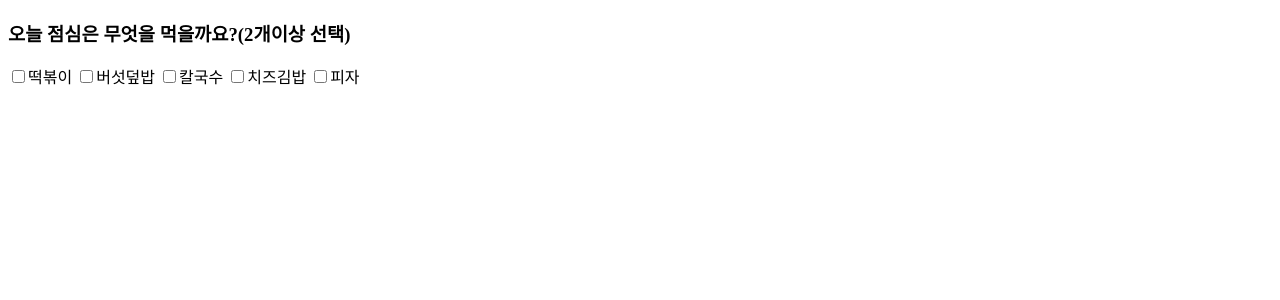
Repository: yuntaekOhO/SY_Academy_Study
Page: workspace_jsp/ch02-Servlet/src/main/webapp/views/lunch.html
An editor plug-in stored every save of this project. The page is shown before and after the next save, followed by the edit.
The browser window is 1280 px wide. The pictures show the whole page.

Above is the page before, as saved 2022-06-23 06:48:18.

After the next save:
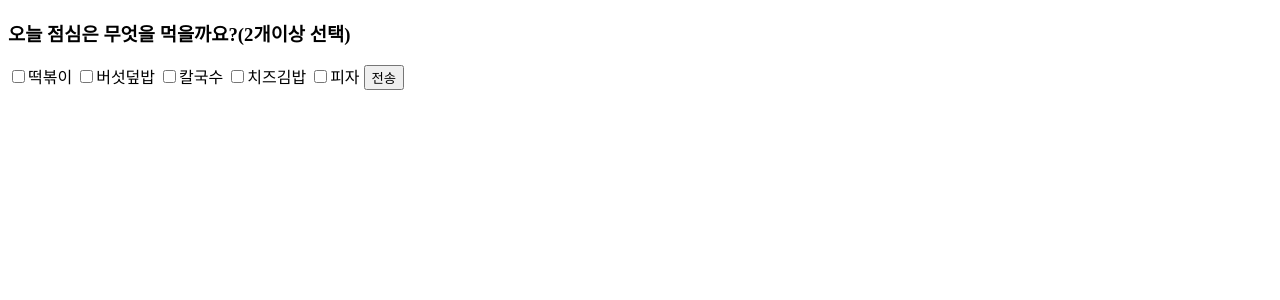
Saved 63 s later.
--- a/workspace_jsp/ch02-Servlet/src/main/webapp/views/lunch.html
+++ b/workspace_jsp/ch02-Servlet/src/main/webapp/views/lunch.html
@@ -6,12 +6,13 @@
 </head>
 <body>
 <h3>오늘 점심은 무엇을 먹을까요?(2개이상 선택)</h3>
-<form action="/ch02-Servlet/todayMenu" method="">
+<form action="/ch02-Servlet/todayMenu" method="post">
 	<input type="checkbox" name="lunch" value="떡볶이">떡볶이
 	<input type="checkbox" name="lunch" value="버섯덮밥">버섯덮밥
 	<input type="checkbox" name="lunch" value="칼국수">칼국수
 	<input type="checkbox" name="lunch" value="치즈김밥">치즈김밥
 	<input type="checkbox" name="lunch" value="피자">피자
+	<input type="submit" value="전송">
 </form>
 </body>
 </html>
